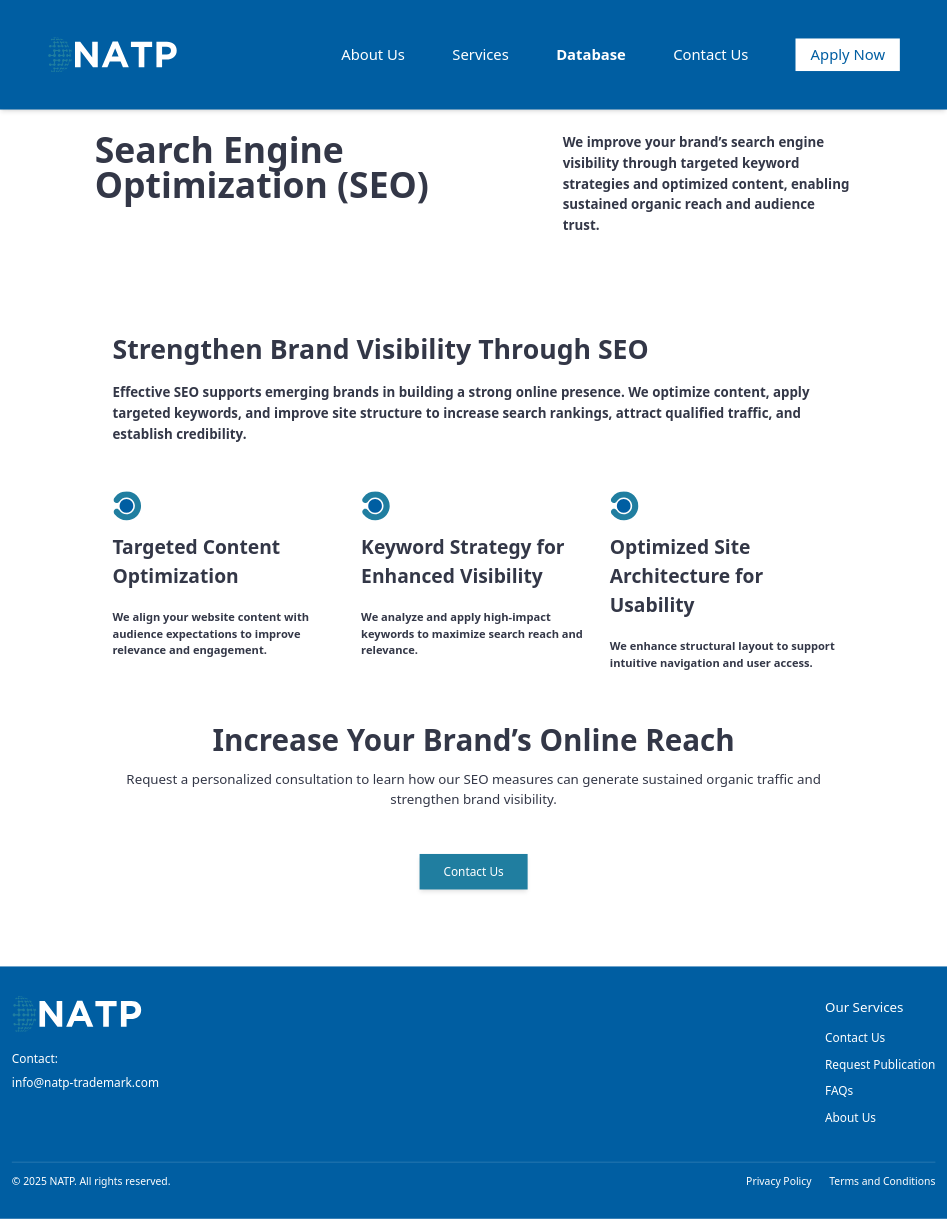
Repository: raushan22882917/natp-preview
Page: /services/seo
The author's editor kept a copy of each file at every save. The page is drawn from the files as they stood at one save, then again after a run of saves.
The browser window is 1280 px wide. The pictures show the whole page, at 74% of full size.
The project was rebuilt for these pictures with package versions that can differ from the ones it lists, and the page was loaded fresh each time. Also part of the build but not shown: vite.config.ts, src/components/ui/tooltip.tsx, src/components/Hero.tsx, src/hooks/use-hash-scroll.tsx, src/pages/Index.tsx, src/pages/About.tsx, src/components/ui/input.tsx, src/components/ui/button.tsx and 37 more.

Above is the page before, as saved 2025-05-13 18:33:59.

### index.html
<!DOCTYPE html>
<html lang="en">
  <head>
    <meta charset="UTF-8" />
    <meta name="viewport" content="width=device-width, initial-scale=1.0" />
    <title>NATP</title>
    <meta name="description" content="Trademark Publication and Registration Services" />
    <meta name="author" content="Trademark Publication" />
    <link rel="icon" type="image/png" href="/trade.png" />
    <link rel="apple-touch-icon" href="/trade.png" />

    <meta property="og:title" content="Trademark Publication" />
    <meta property="og:description" content="Trademark Publication and Registration Services" />
    <meta property="og:type" content="website" />
    <meta property="og:image" content="/images/og-image.png" />

    <meta name="twitter:card" content="summary_large_image" />
    <meta name="twitter:image" content="/images/og-image.png" />

    <!-- Start Single Page Apps for GitHub Pages -->
    <script type="text/javascript">
      // Single Page Apps for GitHub Pages/Vercel
      // MIT License
      // https://github.com/rafgraph/spa-github-pages
      (function(l) {
        if (l.search[1] === '/' ) {
          var decoded = l.search.slice(1).split('&').map(function(s) {
            return s.replace(/~and~/g, '&')
          }).join('?');
          window.history.replaceState(null, null,
              l.pathname.slice(0, -1) + decoded + l.hash
          );
        }
      }(window.location))
    </script>
    <!-- End Single Page Apps for GitHub Pages -->
  </head>

  <body>
    <div id="root"></div>
    <script type="module" src="/src/main.tsx"></script>
  </body>
</html>

### src/App.tsx
import { Toaster } from "@/components/ui/toaster";
import { Toaster as Sonner } from "@/components/ui/sonner";
import { TooltipProvider } from "@/components/ui/tooltip";
import { QueryClient, QueryClientProvider } from "@tanstack/react-query";
import { BrowserRouter, Routes, Route } from "react-router-dom";
import Index from "./pages/Index";
import About from "./pages/About";
import Search from "./pages/Search";
import Contact from "./pages/Contact";
import Terms from "./pages/Terms";
import PrivacyPolicy from "./pages/PrivacyPolicy";
import NotFound from "./pages/NotFound";

import Apply from "./pages/Apply";
import Publication from "./pages/services/Publication";
import Article from "./pages/services/Article";
import Services from "./pages/Services";
import SEO from "./pages/services/SEO";
import TrademarkDetail from "./pages/TrademarkDetail";
import Admin from "./pages/Admin";
import AdminLogin from "./pages/AdminLogin";
import AdminCreate from "./pages/AdminCreate";
import AdminSettings from "./pages/AdminSettings";

const queryClient = new QueryClient();

const App = () => (
  <QueryClientProvider client={queryClient}>
    <TooltipProvider>
      <Toaster />
      <Sonner />
      <BrowserRouter>
        <Routes>
          <Route path="/" element={<Index />} />
          <Route path="/about" element={<About />} />
          <Route path="/search" element={<Search />} />
          <Route path="/contact" element={<Contact />} />
          <Route path="/terms" element={<Terms />} />
          <Route path="/privacy" element={<PrivacyPolicy />} />
          <Route path="/apply" element={<Apply />} />
          <Route path="/services/publication" element={<Publication />} />
          <Route path="/services/article" element={<Article />} />
          <Route path="/services/seo" element={<SEO />} />
          <Route path="/trademark/:id" element={<TrademarkDetail />} />
          <Route path="/services" element={<Services />} />
          <Route path="/admin" element={<Admin />} />
          <Route path="/admin-login" element={<AdminLogin />} />
          <Route path="/admin/create" element={<AdminCreate />} />
          <Route path="/admin/settings" element={<AdminSettings />} />
          <Route path="*" element={<NotFound />} />
        </Routes>
      </BrowserRouter>
    </TooltipProvider>
  </QueryClientProvider>
);

export default App;

### src/index.css

@tailwind base;
@tailwind components;
@tailwind utilities;

@layer base {
  :root {
    --background: 0 0% 100%;
    --primary-blue: 207 71% 32%;  /* #005ea2 */
    --secondary-blue: 196 67% 38%; /* #207ea0 */
    --gray: 0 0% 46%;             /* #757575 */
    --text-white: 0 0% 94%;       /* #f0f0f0 */
    --text-black: 0 0% 0%;        /* #000000 */
  }

  body {
    @apply bg-white text-[#000000] antialiased;
  }
}

@layer components {
  .stats-label {
    @apply text-sm text-gray-500;
  }
}

.hero-waves {
  background: linear-gradient(45deg, #005ea2 0%, #207ea0 100%);
  position: relative;
  overflow: hidden;
}

.hero-waves::before {
  content: '';
  position: absolute;
  width: 150%;
  height: 150%;
  top: -25%;
  left: -25%;
  background: url("data:[embedded picture, 221 characters]") repeat;
  animation: wave 15s linear infinite;
  opacity: 0.1;
}

@keyframes wave {
  0% { transform: rotate(0deg); }
  100% { transform: rotate(360deg); }
}

.learn-more-btn {
  @apply px-6 py-2 text-[#f0f0f0] border border-[#f0f0f0]/20 rounded hover:bg-[#f0f0f0]/10 transition-all;
}

.apply-now-btn {
  @apply px-6 py-2 bg-[#f0f0f0] text-[#005ea2] rounded hover:bg-[#f0f0f0]/90 transition-all;
}

.primary-btn {
  @apply px-6 py-2 bg-[#005ea2] text-[#f0f0f0] rounded hover:bg-[#207ea0] transition-all;
}

.stats-value {
  @apply text-5xl font-bold mb-2;
}

.faq-item {
  @apply border-b border-gray-200 py-4;
}

### src/components/ui/toaster.tsx
import { useToast } from "@/hooks/use-toast"
import {
  Toast,
  ToastClose,
  ToastDescription,
  ToastProvider,
  ToastTitle,
  ToastViewport,
} from "@/components/ui/toast"

export function Toaster() {
  const { toasts } = useToast()

  return (
    <ToastProvider>
      {toasts.map(function ({ id, title, description, action, ...props }) {
        return (
          <Toast key={id} {...props}>
            <div className="grid gap-1">
              {title && <ToastTitle>{title}</ToastTitle>}
              {description && (
                <ToastDescription>{description}</ToastDescription>
              )}
            </div>
            {action}
            <ToastClose />
          </Toast>
        )
      })}
      <ToastViewport />
    </ToastProvider>
  )
}

### src/components/ui/sonner.tsx
import { useTheme } from "next-themes"
import { Toaster as Sonner, toast } from "sonner"

type ToasterProps = React.ComponentProps<typeof Sonner>

const Toaster = ({ ...props }: ToasterProps) => {
  const { theme = "system" } = useTheme()

  return (
    <Sonner
      theme={theme as ToasterProps["theme"]}
      className="toaster group"
      toastOptions={{
        classNames: {
          toast:
            "group toast group-[.toaster]:bg-background group-[.toaster]:text-foreground group-[.toaster]:border-border group-[.toaster]:shadow-lg",
          description: "group-[.toast]:text-muted-foreground",
          actionButton:
            "group-[.toast]:bg-primary group-[.toast]:text-primary-foreground",
          cancelButton:
            "group-[.toast]:bg-muted group-[.toast]:text-muted-foreground",
        },
      }}
      {...props}
    />
  )
}

export { Toaster, toast }

### src/pages/services/SEO.tsx
import { Navbar } from "@/components/Navbar";
import { Button } from "@/components/ui/button";
import { Link } from "react-router-dom";
import { Footer } from "@/components/Footer";
export default function SEO() {
  return (
    <div className="min-h-screen font-inter">
      <Navbar />

      <div className="min-h-[200px] flex items-center justify-center px-6">
        <div className="max-w-5xl flex flex-col md:flex-row gap-5">
          <h1 className="text-3xl md:text-5xl font-semibold text-[#333747] mb-4">
            Search Engine Optimization (SEO)
          </h1>
          <p className="w-full md:w-1/2 text-[#333747] text-lg font-semibold">
            We improve your brand’s search engine visibility through targeted
            keyword strategies and optimized content, enabling sustained organic
            reach and audience trust.
          </p>
        </div>
      </div>

      <section className="py-16 my-10">
        <div className="max-w-5xl mx-auto px-6">
          <h2 className="text-3xl md:text-4xl font-semibold text-[#333747] mb-6">
            Strengthen Brand Visibility Through SEO
          </h2>
          <p className="text-[#333747] font-semibold text-lg max-w-5xl mb-16">
            Effective SEO supports emerging brands in building a strong online
            presence. We optimize content, apply targeted keywords, and improve
            site structure to increase search rankings, attract qualified
            traffic, and establish credibility.
          </p>

          <div className="grid grid-cols-1 md:grid-cols-3 gap-8 mb-16">
            {/* Card 1 */}
            <div className="flex flex-col">
              <img
                src="/images/1.svg"
                className="w-10 h-10 mb-4"
                alt="Targeted Content"
              />
              <h3 className="text-[26px] font-semibold text-[#333747] mb-6">
                Targeted Content Optimization
              </h3>
              <p className="text-[#333747] text-[15px] font-semibold">
                We align your website content with audience expectations to
                improve relevance and engagement.
              </p>
            </div>

            {/* Card 2 */}
            <div className="flex flex-col">
              <img
                src="/images/1.svg"
                className="w-10 h-10 mb-4"
                alt="Keyword Strategy"
              />
              <h3 className="text-[26px] font-semibold text-[#333747] mb-6">
                Keyword Strategy for Enhanced Visibility
              </h3>
              <p className="text-[#333747] text-[15px] font-semibold ">
                We analyze and apply high-impact keywords to maximize search
                reach and relevance.
              </p>
            </div>

            {/* Card 3 */}
            <div className="flex flex-col">
              <img
                src="/images/1.svg"
                className="w-10 h-10 mb-4"
                alt="Optimized Site Architecture"
              />
              <h3 className="text-[26px] font-semibold text-[#333747] mb-6">
                Optimized Site Architecture for Usability
              </h3>
              <p className="text-[#333747] text-[15px] font-semibold">
                We enhance structural layout to support intuitive navigation and
                user access.
              </p>
            </div>
          </div>

          {/* Bottom Section */}
          <div className="flex flex-col justify-center items-center max-w-5xl mx-auto">
            <div className="mb-6 text-center">
              <h3 className="text-[32px] md:text-[40px] font-semibold text-[#333747] mb-2">
                Increase Your Brand’s Online Reach
              </h3>
              <p className="text-lg text-[#333747] mb-4">
                Request a personalized consultation to learn how our SEO
                measures can generate sustained organic traffic and strengthen
                brand visibility.
              </p>
            </div>

            <button className="bg-[#207ea0] text-white shadow-md py-3 px-8 mt-5 block mx-auto">
              Contact Us
            </button>
          </div>
        </div>
      </section>

      <Footer />
    </div>
  );
}

### src/components/Footer.tsx
import { Link } from "react-router-dom";

export const Footer = () => {
  const currentYear = new Date().getFullYear();

  return (
    <footer className="bg-[#005ea2] text-white py-10 px-4">
      <div className="max-w-[85rem] mx-auto flex flex-col space-y-12">
        {/* Main footer content */}
        <div className="flex flex-col lg:flex-row justify-between gap-12">
          {/* Logo and contact section */}
          <div className="flex flex-col">
            <div className="mb-6">
              <img
                src="/images/mainLogo.svg"
                alt="WTP Logo"
                className="w-44 h-auto"
              />
            </div>
            <div>
              <p className="font-medium mb-2">Contact:</p>
              <a
                href="mailto:info@natp-trademark.com"
                className="text-white break-words">
                info@natp-trademark.com
              </a>
            </div>
          </div>

          {/* Services links */}
          <div>
            <Link to="/services" className="font-medium hover:underline">
              <h4 className="font-medium mb-4 text-lg">Our Services</h4>
            </Link>
            <ul className="space-y-3">
              <li>
                <Link to="/contact" className="font-medium hover:underline">
                  Contact Us
                </Link>
              </li>
              <li>
                <Link
                  to="/apply"
                  className="font-medium hover:underline">
                  Request Publication
                </Link>
              </li>
              <li>
                <Link to="/#faqs" className="font-medium hover:underline">
                  FAQs
                </Link>
              </li>
              <li>
                <Link to="/about" className="font-medium hover:underline">
                  About Us
                </Link>
              </li>
            </ul>
          </div>
        </div>

        {/* Divider and copyright */}
        <div className="border-t border-white/20 pt-4">
          <div className="flex flex-col md:flex-row justify-between items-center text-sm gap-4 text-center md:text-left">
            <p>© {currentYear} NATP. All rights reserved.</p>
            <div className="flex gap-6">
              <Link to="/privacy" className="hover:underline">
                Privacy Policy
              </Link>
              <Link to="/terms" className="hover:underline">
                Terms and Conditions
              </Link>
            </div>
          </div>
        </div>
      </div>
    </footer>
  );
};

### src/components/ui/sheet.tsx
import * as SheetPrimitive from "@radix-ui/react-dialog"
import { cva, type VariantProps } from "class-variance-authority"
import { X } from "lucide-react"
import * as React from "react"

import { cn } from "@/lib/utils"

const Sheet = SheetPrimitive.Root

const SheetTrigger = SheetPrimitive.Trigger

const SheetClose = SheetPrimitive.Close

const SheetPortal = SheetPrimitive.Portal

const SheetOverlay = React.forwardRef<
  React.ElementRef<typeof SheetPrimitive.Overlay>,
  React.ComponentPropsWithoutRef<typeof SheetPrimitive.Overlay>
>(({ className, ...props }, ref) => (
  <SheetPrimitive.Overlay
    className={cn(
      "fixed inset-0 z-50 bg-black/80  data-[state=open]:animate-in data-[state=closed]:animate-out data-[state=closed]:fade-out-0 data-[state=open]:fade-in-0",
      className
    )}
    {...props}
    ref={ref}
  />
))
SheetOverlay.displayName = SheetPrimitive.Overlay.displayName

const sheetVariants = cva(
  "fixed z-50 gap-4 bg-background p-6 shadow-lg transition ease-in-out data-[state=open]:animate-in data-[state=closed]:animate-out data-[state=closed]:duration-300 data-[state=open]:duration-500",
  {
    variants: {
      side: {
        top: "inset-x-0 top-0 border-b data-[state=closed]:slide-out-to-top data-[state=open]:slide-in-from-top",
        bottom:
          "inset-x-0 bottom-0 border-t data-[state=closed]:slide-out-to-bottom data-[state=open]:slide-in-from-bottom",
        left: "inset-y-0 left-0 h-full w-3/4 border-r data-[state=closed]:slide-out-to-left data-[state=open]:slide-in-from-left sm:max-w-sm",
        right:
          "inset-y-0 right-0 h-full w-3/4  border-l data-[state=closed]:slide-out-to-right data-[state=open]:slide-in-from-right sm:max-w-sm",
      },
    },
    defaultVariants: {
      side: "right",
    },
  }
)

interface SheetContentProps
  extends React.ComponentPropsWithoutRef<typeof SheetPrimitive.Content>,
  VariantProps<typeof sheetVariants> { }

const SheetContent = React.forwardRef<
  React.ElementRef<typeof SheetPrimitive.Content>,
  SheetContentProps
>(({ side = "right", className, children, ...props }, ref) => (
  <SheetPortal>
    <SheetOverlay />
    <SheetPrimitive.Content
      ref={ref}
      className={cn(sheetVariants({ side }), className)}
      {...props}
    >
      {children}
      <SheetPrimitive.Close className="absolute right-4 top-4 rounded-sm opacity-70 ring-offset-background transition-opacity hover:opacity-100 focus:outline-none focus:ring-2 focus:ring-ring focus:ring-offset-2 disabled:pointer-events-none data-[state=open]:bg-secondary">

        <span className="sr-only">Close</span>
      </SheetPrimitive.Close>
    </SheetPrimitive.Content>
  </SheetPortal>
))
SheetContent.displayName = SheetPrimitive.Content.displayName

const SheetHeader = ({
  className,
  ...props
}: React.HTMLAttributes<HTMLDivElement>) => (
  <div
    className={cn(
      "flex flex-col space-y-2 text-center sm:text-left",
      className
    )}
    {...props}
  />
)
SheetHeader.displayName = "SheetHeader"

const SheetFooter = ({
  className,
  ...props
}: React.HTMLAttributes<HTMLDivElement>) => (
  <div
    className={cn(
      "flex flex-col-reverse sm:flex-row sm:justify-end sm:space-x-2",
      className
    )}
    {...props}
  />
)
SheetFooter.displayName = "SheetFooter"

const SheetTitle = React.forwardRef<
  React.ElementRef<typeof SheetPrimitive.Title>,
  React.ComponentPropsWithoutRef<typeof SheetPrimitive.Title>
>(({ className, ...props }, ref) => (
  <SheetPrimitive.Title
    ref={ref}
    className={cn("text-lg font-semibold text-foreground", className)}
    {...props}
  />
))
SheetTitle.displayName = SheetPrimitive.Title.displayName

const SheetDescription = React.forwardRef<
  React.ElementRef<typeof SheetPrimitive.Description>,
  React.ComponentPropsWithoutRef<typeof SheetPrimitive.Description>
>(({ className, ...props }, ref) => (
  <SheetPrimitive.Description
    ref={ref}
    className={cn("text-sm text-muted-foreground", className)}
    {...props}
  />
))
SheetDescription.displayName = SheetPrimitive.Description.displayName

export {
  Sheet, SheetClose,
  SheetContent, SheetDescription, SheetFooter, SheetHeader, SheetOverlay, SheetPortal, SheetTitle, SheetTrigger
}

### tailwind.config.ts
import type { Config } from "tailwindcss";

export default {
  darkMode: ["class"],
  content: [
    "./pages/**/*.{ts,tsx}",
    "./components/**/*.{ts,tsx}",
    "./app/**/*.{ts,tsx}",
    "./src/**/*.{ts,tsx}",
  ],
  theme: {
    extend: {
      colors: {
        border: 'hsl(var(--border))',
        input: 'hsl(var(--input))',
        ring: 'hsl(var(--ring))',
        background: 'hsl(var(--background))',
        foreground: 'hsl(var(--foreground))',
        primary: {
          DEFAULT: 'hsl(var(--primary))',
          foreground: 'hsl(var(--primary-foreground))'
        },
        secondary: {
          DEFAULT: 'hsl(var(--secondary))',
          foreground: 'hsl(var(--secondary-foreground))'
        },
        destructive: {
          DEFAULT: 'hsl(var(--destructive))',
          foreground: 'hsl(var(--destructive-foreground))'
        },
        muted: {
          DEFAULT: 'hsl(var(--muted))',
          foreground: 'hsl(var(--muted-foreground))'
        },
        accent: {
          DEFAULT: 'hsl(var(--accent))',
          foreground: 'hsl(var(--accent-foreground))'
        },
        popover: {
          DEFAULT: 'hsl(var(--popover))',
          foreground: 'hsl(var(--popover-foreground))'
        },
        card: {
          DEFAULT: 'hsl(var(--card))',
          foreground: 'hsl(var(--card-foreground))'
        },
        sidebar: {
          DEFAULT: 'hsl(var(--sidebar-background))',
          foreground: 'hsl(var(--sidebar-foreground))',
          primary: 'hsl(var(--sidebar-primary))',
          'primary-foreground': 'hsl(var(--sidebar-primary-foreground))',
          accent: 'hsl(var(--sidebar-accent))',
          'accent-foreground': 'hsl(var(--sidebar-accent-foreground))',
          border: 'hsl(var(--sidebar-border))',
          ring: 'hsl(var(--sidebar-ring))'
        },
        'primary-blue': '#005ea2',
        'secondary-blue': '#207ea0',
        'gray': {
          50: '#f9fafb',
          100: '#f3f4f6',
          200: '#e5e7eb',
          300: '#d1d5db',
          400: '#9ca3af',
          500: '#6b7280',
          600: '#757575',
          700: '#374151',
          800: '#1f2937',
          900: '#111827'
        },
        'off-white': '#f0f0f0'
      },
      borderRadius: {
        lg: 'var(--radius)',
        md: 'calc(var(--radius) - 2px)',
        sm: 'calc(var(--radius) - 4px)'
      },
      keyframes: {
        'accordion-down': {
          from: {
            height: '0'
          },
          to: {
            height: 'var(--radix-accordion-content-height)'
          }
        },
        'accordion-up': {
          from: {
            height: 'var(--radix-accordion-content-height)'
          },
          to: {
            height: '0'
          }
        }
      },
      animation: {
        'accordion-down': 'accordion-down 0.2s ease-out',
        'accordion-up': 'accordion-up 0.2s ease-out'
      }
    }
  },
  plugins: [require("tailwindcss-animate")],
} satisfies Config;

Loaded but not shown: src/main.tsx (common file); src/hooks/use-toast.ts (common file); src/lib/utils.ts (common file); src/components/Navbar.tsx (231 lines, source omitted); src/components/ui/navigation-menu.tsx (128 lines, source omitted); src/components/ui/toast.tsx (127 lines, source omitted)

After the next 4 saves:
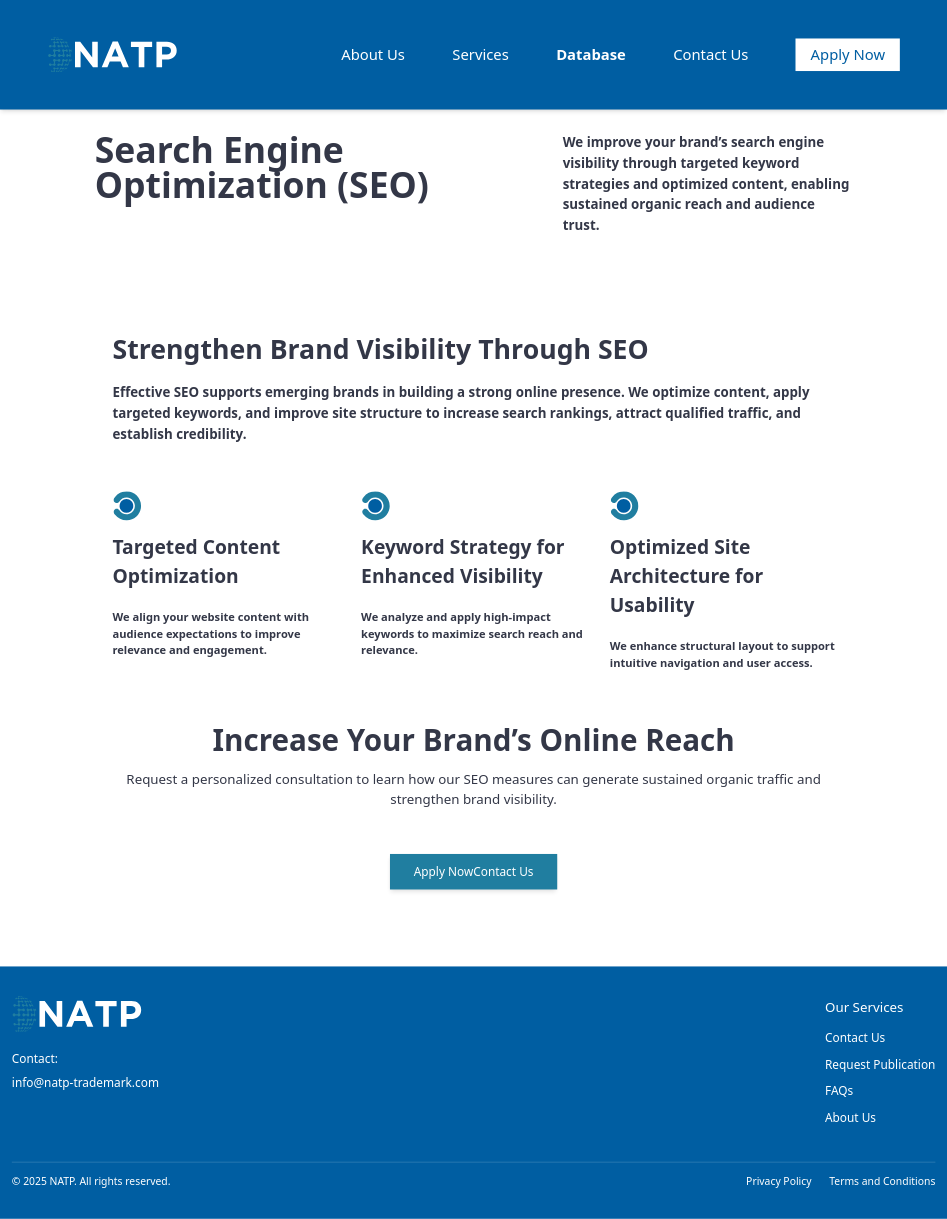
The 4 saves are shown as one change because they came seconds apart.
The last was saved 59 s later.
--- a/src/pages/services/SEO.tsx
+++ b/src/pages/services/SEO.tsx
@@ -96,7 +96,9 @@ export default function SEO() {
             </div>
 
             <button className="bg-[#207ea0] text-white shadow-md py-3 px-8 mt-5 block mx-auto">
-              Contact Us
+              <a>
+                <Link to="/apply">Apply Now</Link>
+              </a>Contact Us
             </button>
           </div>
         </div>
